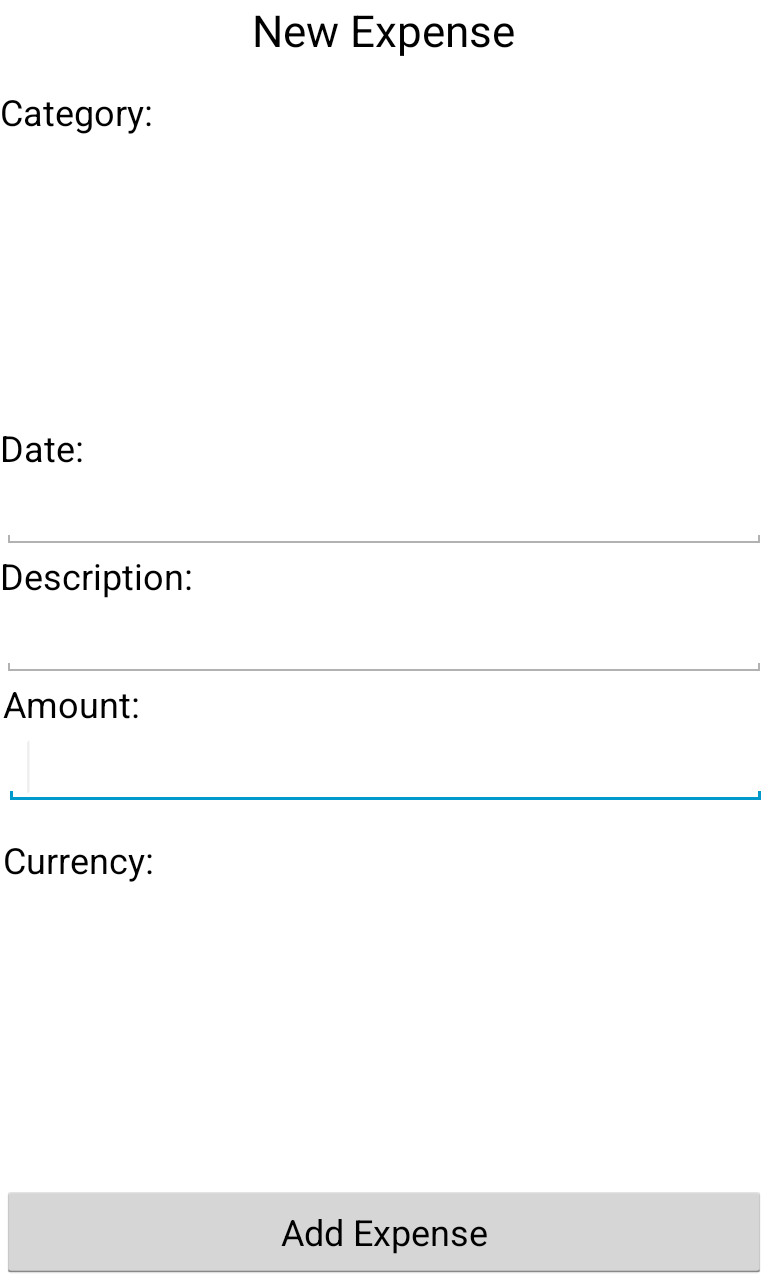
Repository: ReverseOni/Assignment1
Layout: MamesserAssign1/res/layout/new_expense.xml
An editor plug-in stored every save of this project. The layout is shown before and after the next save, followed by the edit.
It is drawn on a 768 x 1280 px phone screen (xhdpi) without system bars, with theme AppTheme; the app's code is not run. Lists and similar views that code fills are empty.

Above is the layout before, as saved 2015-01-24 19:40:54.

After the next save:
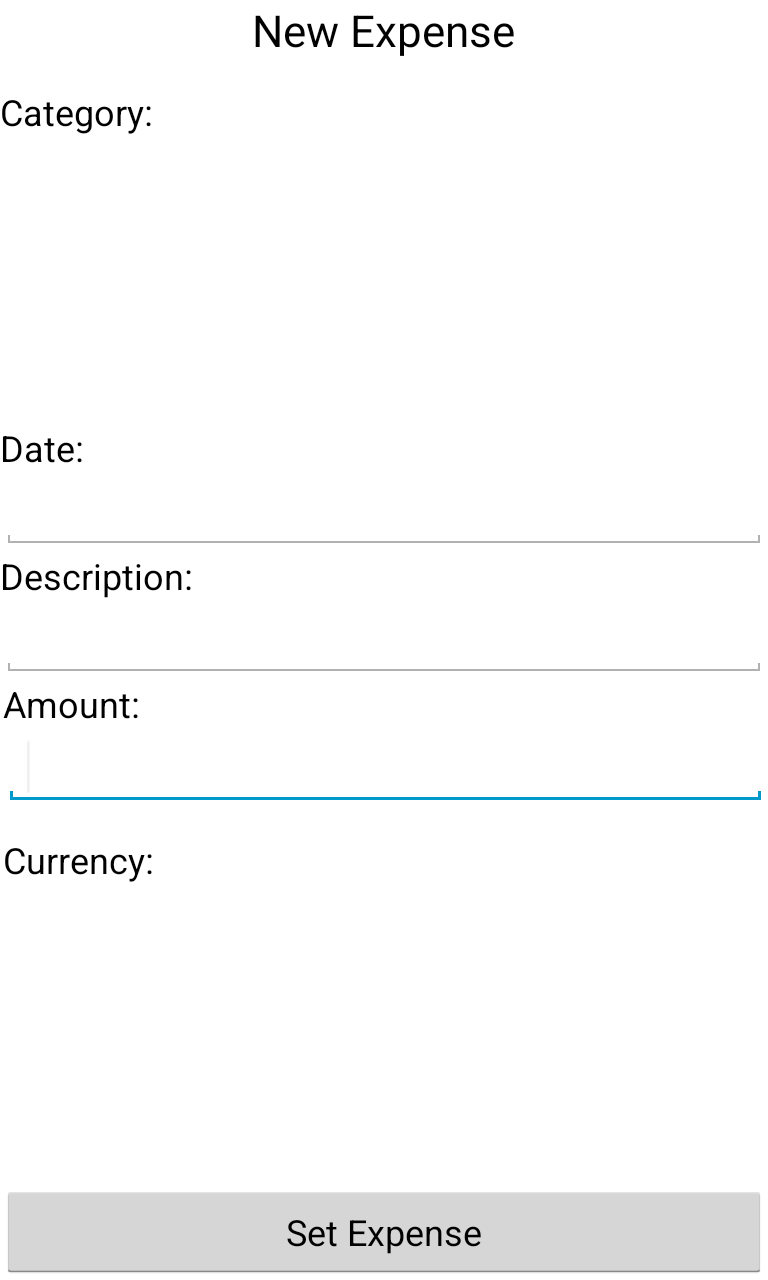
Saved 16 s later.
--- a/MamesserAssign1/res/layout/new_expense.xml
+++ b/MamesserAssign1/res/layout/new_expense.xml
@@ -29,7 +29,7 @@
         android:layout_alignParentBottom="true"
         android:layout_alignParentLeft="true"
         android:layout_alignParentRight="true"
-        android:text="Add Expense" />
+        android:text="Set Expense" />
 
     <ExpandableListView
         android:id="@+id/CurrencyTypeExpandableList"
